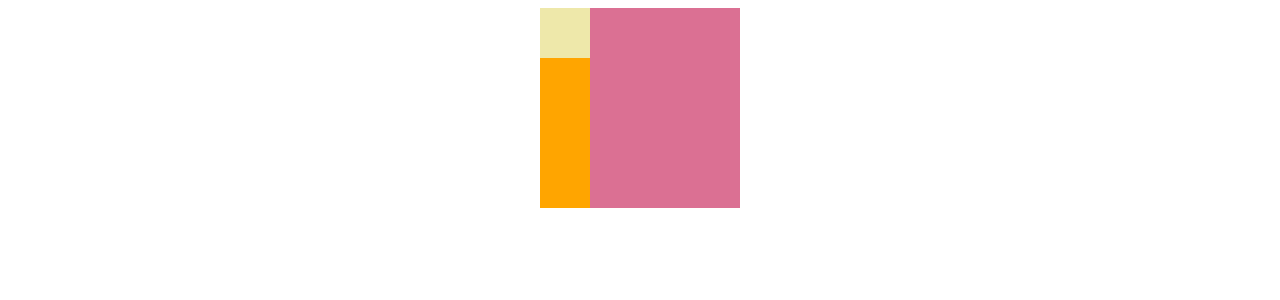
Repository: Tdaine/node
Page: css/code/阻止元素被浮动元素覆盖.html
These files come from the project's save history. The page is drawn as it stood at one moment and after the next save; the edit follows.
The browser window is 1280 px wide. The pictures show the whole page.

Above is the page before, as saved 2021-04-28 16:19:18.

### css/code/阻止元素被浮动元素覆盖.html
<!DOCTYPE html>
<html lang="en">
<head>
  <meta charset="UTF-8">
  <meta http-equiv="X-UA-Compatible" content="IE=edge">
  <meta name="viewport" content="width=device-width, initial-scale=1.0">
  <title>Document</title>
  <style>
    .main{
      width: 200px;
      height: 200px;
      margin: 0 auto;
      background-color: orange;
    }
    .main .left{
      width: 50px;
      height: 50px;
      float: left;
      background-color: palegoldenrod;
    }
    .main .right{
      height: 200px;
      overflow: hidden;
      background-color: palevioletred;
    }
  </style>
</head>
<body>
  <div class="main">
    <div class="left">
    </div>
    <div class="right">

    </div>
  </div>
</body>
</html>

After the next save:
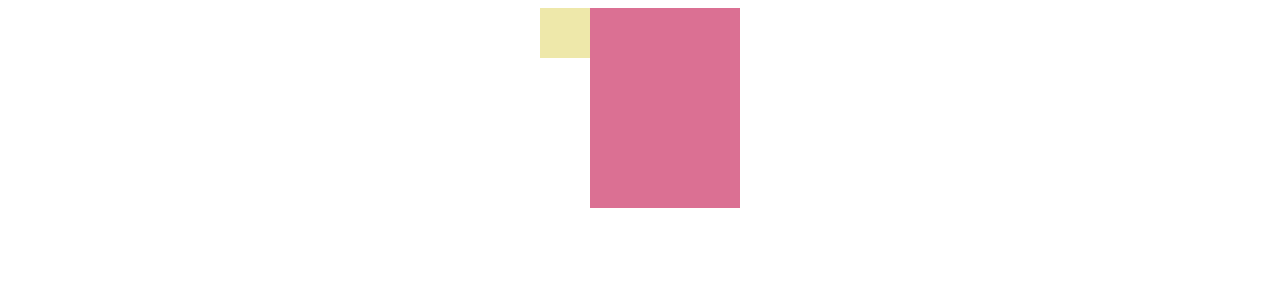
Saved 15 s later.
--- a/css/code/阻止元素被浮动元素覆盖.html
+++ b/css/code/阻止元素被浮动元素覆盖.html
@@ -10,7 +10,6 @@
       width: 200px;
       height: 200px;
       margin: 0 auto;
-      background-color: orange;
     }
     .main .left{
       width: 50px;
